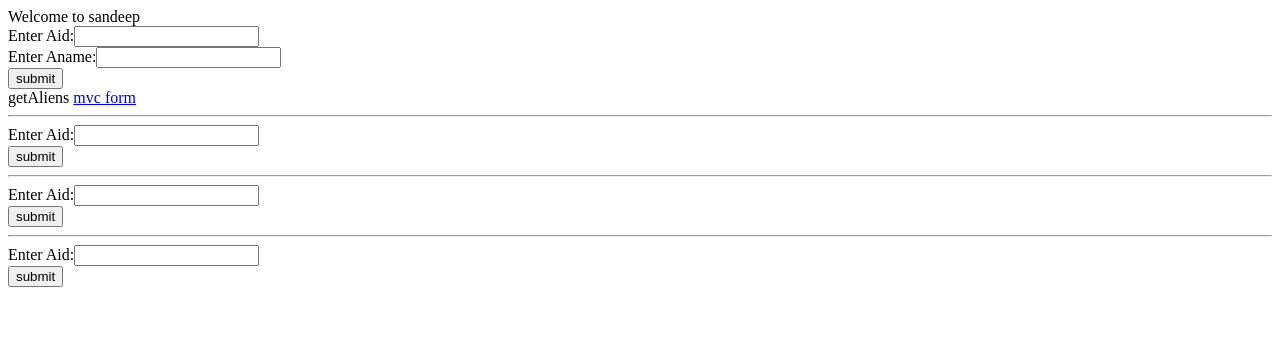
Repository: neelasandeep/sprinboot-projects
Page: http://localhost/SpringMvc/view/index.jsp
An editor plug-in stored every save of this project. The page is shown before and after the next save, followed by the edit.
The browser window is 1280 px wide. The pictures show the whole page.
The page is served by Tomcat 9. Other server files are loaded and not shown.

Above is the page before, as saved 2020-04-04 10:53:41.

### SpringMvc/src/main/webapp/view/index.jsp
<%@ page language="java" contentType="text/html; charset=ISO-8859-1"
    pageEncoding="ISO-8859-1"%>
<!DOCTYPE html>
<html>
<head>
<meta charset="ISO-8859-1">
<title>Insert title here</title>
</head>
<body>
Welcome to sandeep
<form action="addalien" method="post">
Enter Aid:<input type="text" name="aid"><br>
Enter Aname:<input type="text" name="aname"><br>
<input type="submit" value="submit">

<br>
getAliens
<a href="getAliens">mvc form </a>

</form>
<hr>
<form action="getAlien" method="post">
Enter Aid:<input type="text" name="aid"><br>

<input type="submit" value="submit">



</form>
<hr>
<form action="removeAlien" method="post">
Enter Aid:<input type="text" name="aid"><br>

<input type="submit" value="submit">



</form>
<hr>
<form action="byNameOfAlien" method="post">
Enter Aid:<input type="text" name="aname"><br>

<input type="submit" value="submit">



</form>
</body>
</html>

After the next save:
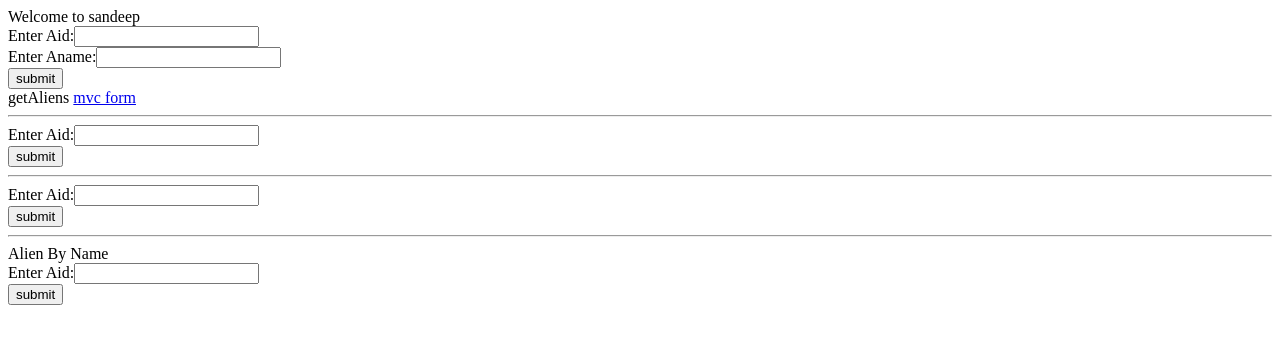
Saved 8 s later.
--- a/SpringMvc/src/main/webapp/view/index.jsp
+++ b/SpringMvc/src/main/webapp/view/index.jsp
@@ -37,6 +37,7 @@ Enter Aid:<input type="text" name="aid"><br>
 
 </form>
 <hr>
+Alien By Name
 <form action="byNameOfAlien" method="post">
 Enter Aid:<input type="text" name="aname"><br>
 
